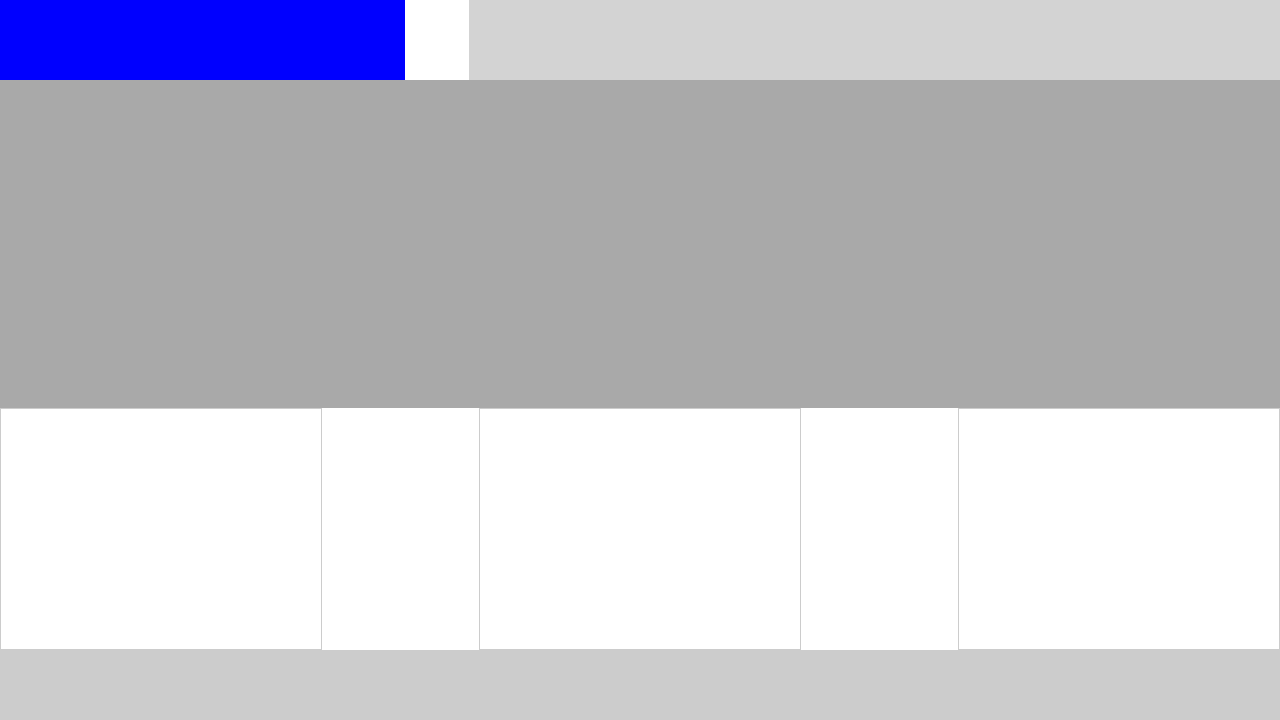
Repository: punitbathija/Placement-Assitance-iNeuron
Page: responsive-web-design.html
These files come from the project's save history. The page is drawn as it stood at one moment and after the next save; the edit follows.
The browser window is 1280 px wide. The pictures show the whole page.

Above is the page before, as saved 2023-05-23 15:24:37.

After the next save:
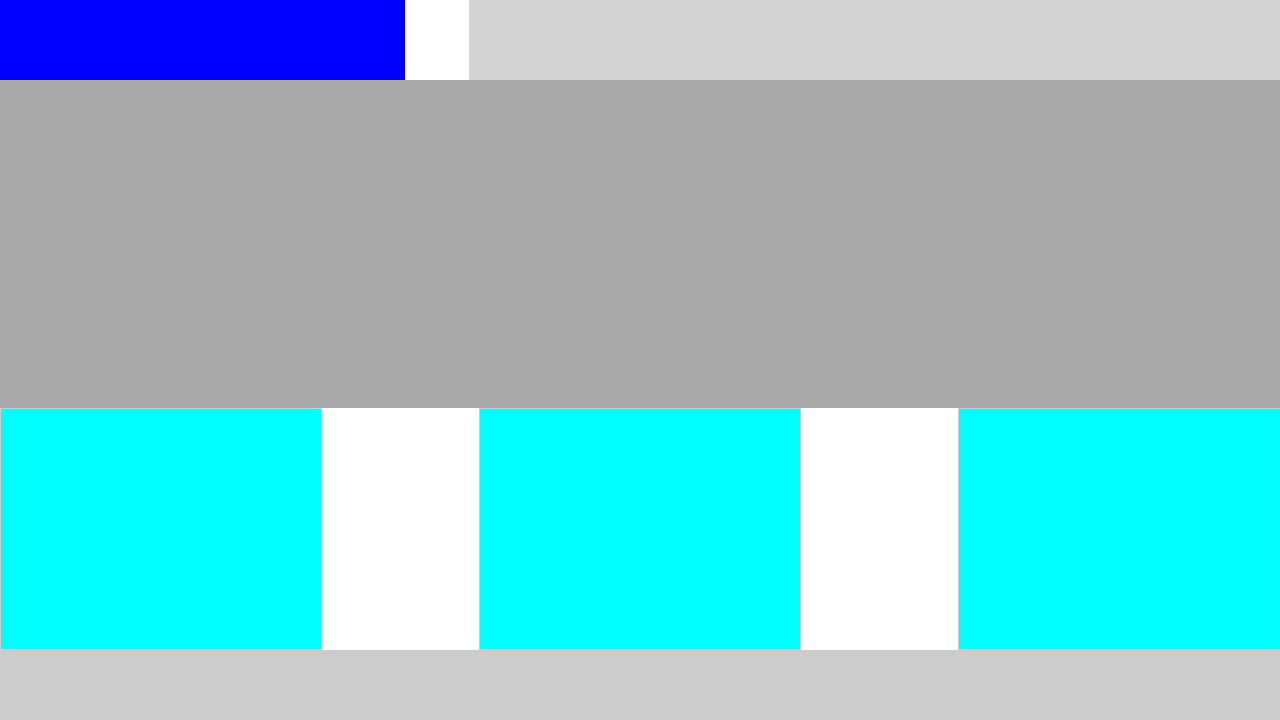
Saved 8 s later.
--- a/responsive-web-design.html
+++ b/responsive-web-design.html
@@ -62,6 +62,7 @@
       }
 
       .slider-item {
+        background-color: aqua;
         height: 15rem;
         max-width: 100%;
       }

After the save that followed:
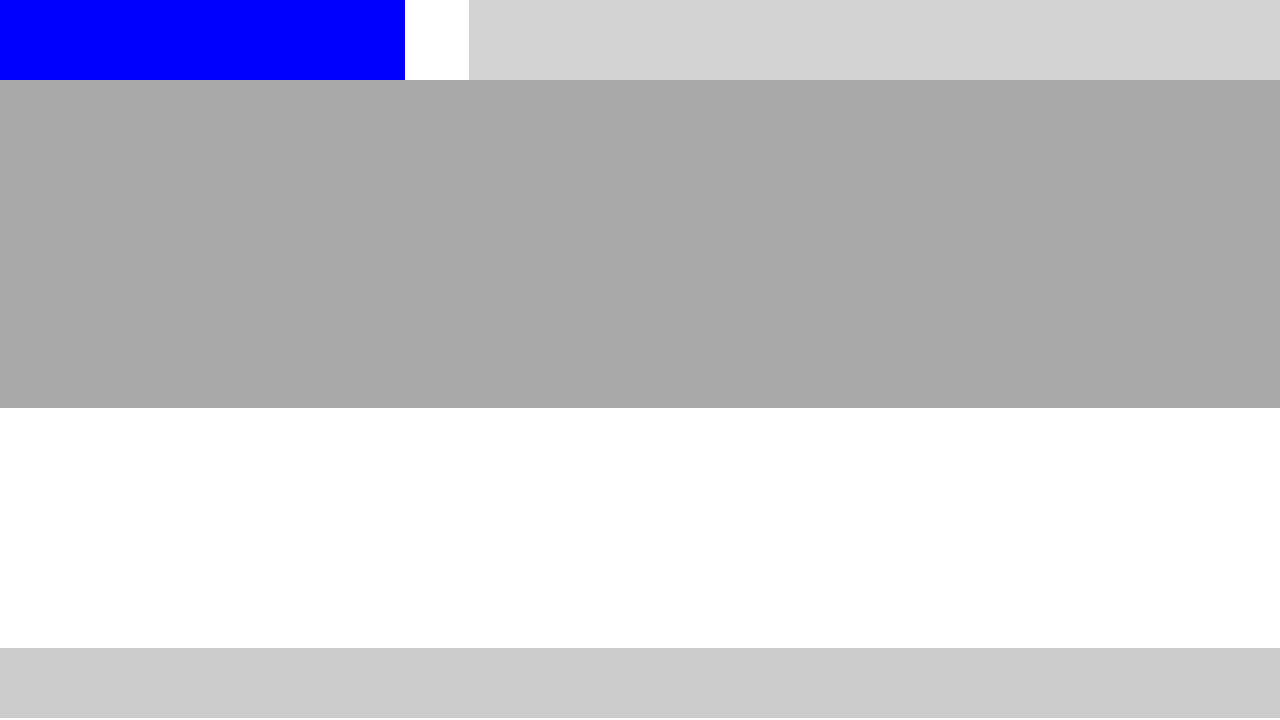
Saved 32 s later.
--- a/responsive-web-design.html
+++ b/responsive-web-design.html
@@ -48,12 +48,6 @@
         justify-content: space-between;
       }
 
-      .slider-item {
-        width: 25%;
-        height: 100px;
-        border: 1px solid #ccc;
-      }
-
       .footer {
         background-color: #ccc;
         height: 50px;
